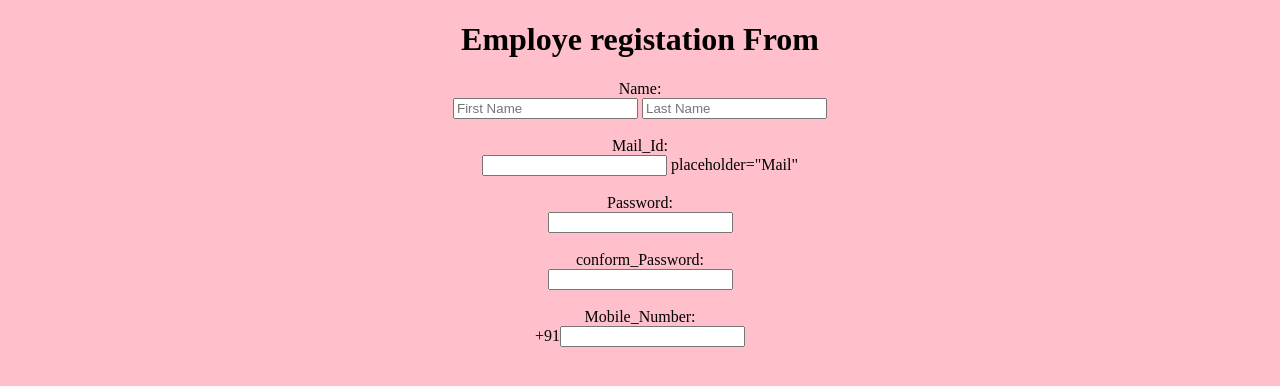
Repository: AbubakarShaik/Java_J2EE_Project
Page: http://localhost/com.testprojectServlet/Registration.jsp
These files come from the project's save history. The page is drawn as it stood at one moment and after the next save; the edit follows.
The browser window is 1280 px wide. The pictures show the whole page.
The page is served by Tomcat 9. Other server files are loaded and not shown.

Above is the page before, as saved 2016-12-20 17:40:21.

### com.testprojectServlet/WebContent/Registration.jsp
<%@ page language="java" contentType="text/html; charset=ISO-8859-1"
    pageEncoding="ISO-8859-1"%>
<!DOCTYPE html PUBLIC "-//W3C//DTD HTML 4.01 Transitional//EN" "http://www.w3.org/TR/html4/loose.dtd">
<html>
<head>
<meta http-equiv="Content-Type" content="text/html; charset=ISO-8859-1">
<title>Insert title here</title>
</head>
<body bgcolor="pink">

<center>

<h1> Employe registation From</h1>

Name:<br><input type="text" name="firstName" placeholder="First Name"> <input type="text" name="LastName"placeholder="Last Name">
<br>

<br>
Mail_Id:<br>
<input type="text" name="Mail Id" > placeholder="Mail"
<br>

<br>
Password:<br>
<input type="text" name="Password">
<br>

<br>
conform_Password:<br>
<input type="text" name="Password">
<br>

<br>
Mobile_Number:<br>
+91<input type="text" name="Number" maxlength="10">

</center>

</body>
</html>

After the next save:
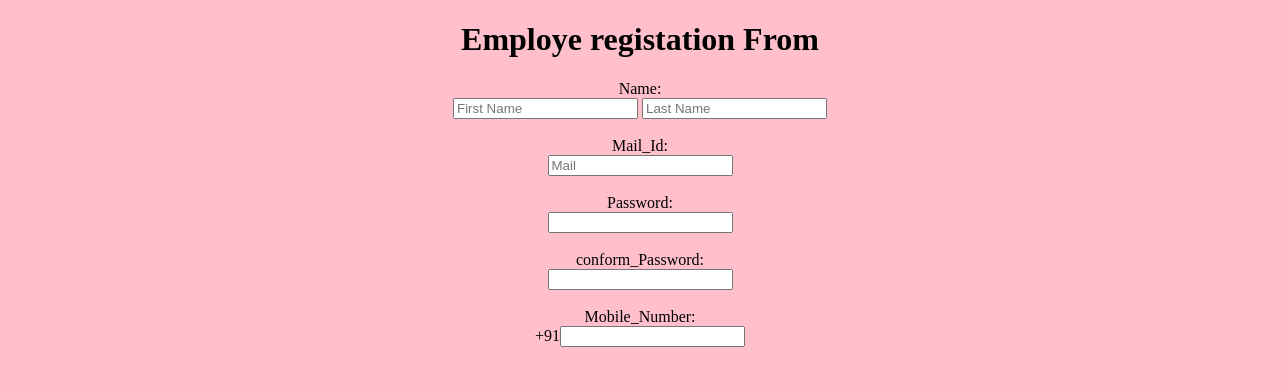
Saved 48 s later.
--- a/com.testprojectServlet/WebContent/Registration.jsp
+++ b/com.testprojectServlet/WebContent/Registration.jsp
@@ -17,7 +17,7 @@ Name:<br><input type="text" name="firstName" placeholder="First Name"> <input ty
 
 <br>
 Mail_Id:<br>
-<input type="text" name="Mail Id" > placeholder="Mail"
+<input type="text" name="Mail Id" placeholder="Mail" >
 <br>
 
 <br>
